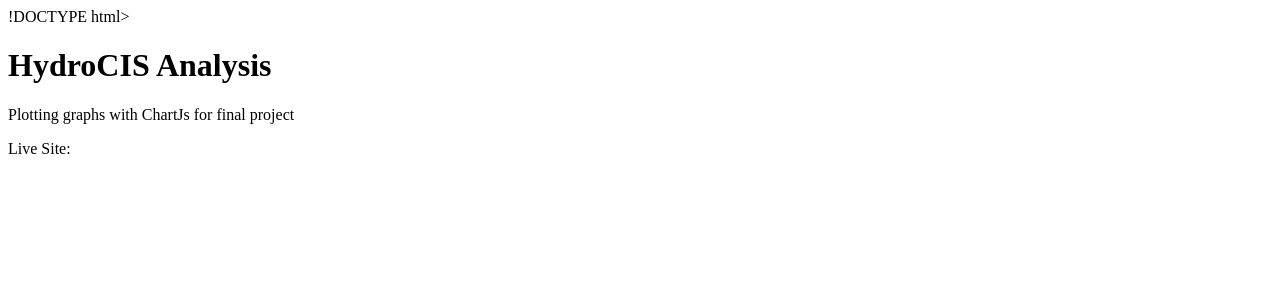
Repository: ChidiChuks/HydroCIS-Analysis
Page: README.html
An editor plug-in stored every save of this project. The page is shown before and after the next save, followed by the edit.
The browser window is 1280 px wide. The pictures show the whole page.

Above is the page before, as saved 2019-11-14 16:38:21.

After the next save:
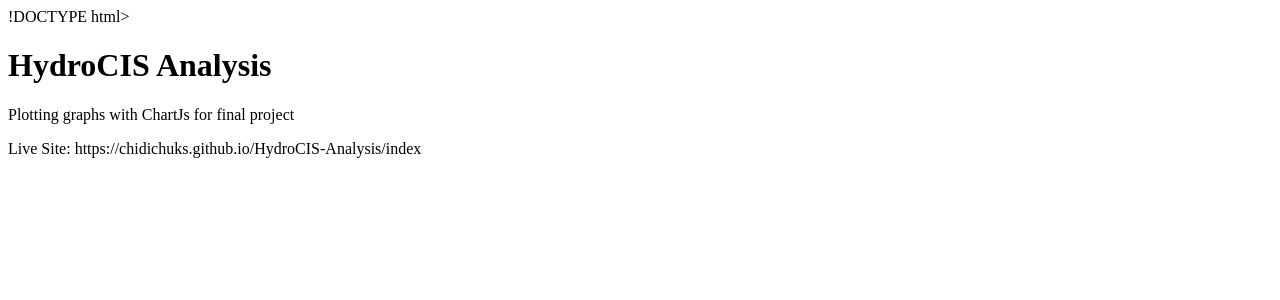
Saved 22 min 18 s later.
--- a/README.html
+++ b/README.html
@@ -10,7 +10,7 @@
 <p>Plotting graphs with ChartJs for final project</p>
 
 <p>Live Site:
-</p>
+	https://chidichuks.github.io/HydroCIS-Analysis/index</p>
 
 </body>
 </html>
